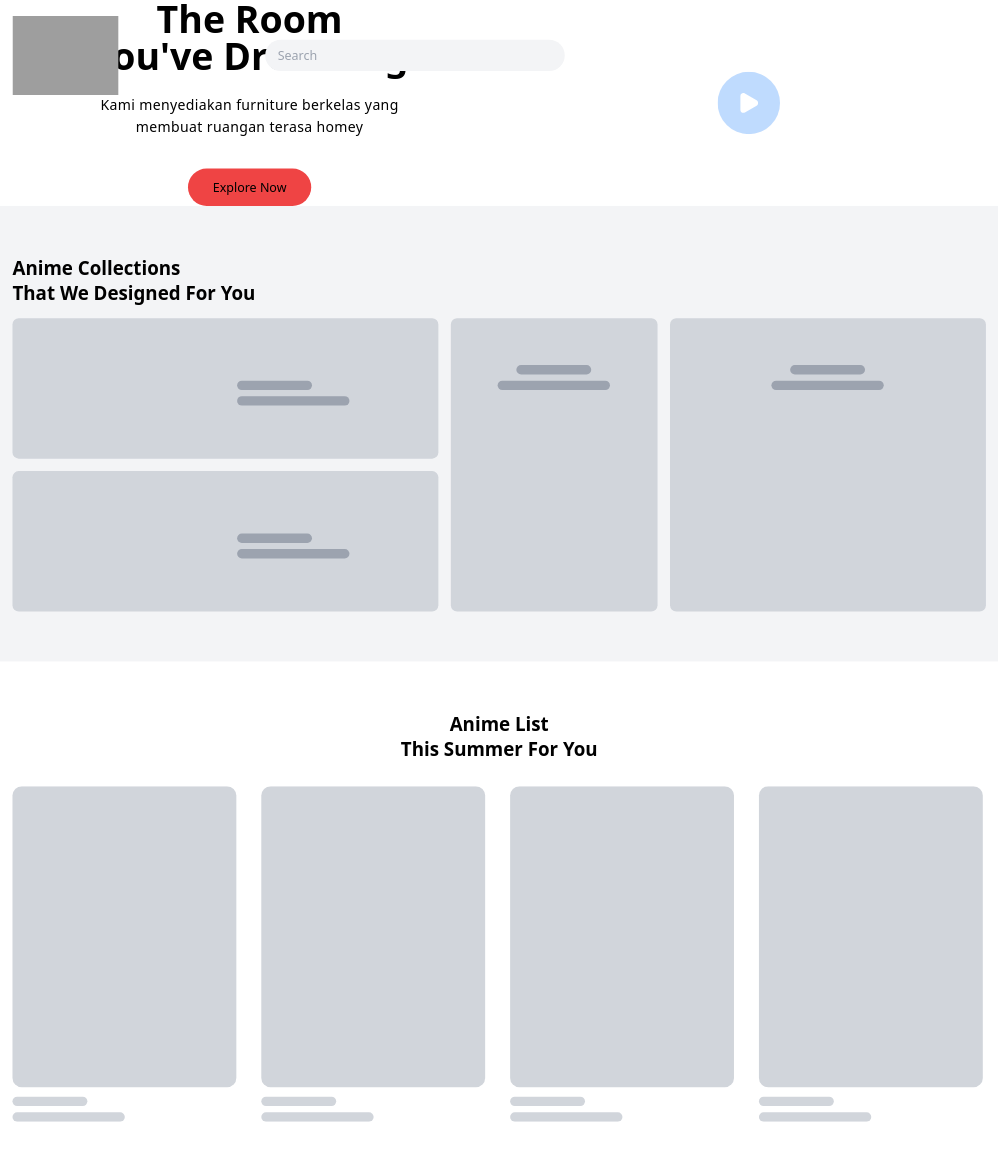
Repository: farrelmuhammad/anime-collections
Page: /
An editor plug-in stored every save of this project. The page is shown before and after the next save, followed by the edit.
The browser window is 1280 px wide. The pictures show the whole page, at 78% of full size.
Pictures or frames that could not be fetched are drawn as grey boxes. The page's requests for data from a server got no answer. The project was rebuilt for these pictures with package versions that can differ from the ones it lists, and the page was loaded fresh each time. No one was signed in, and anything a server would have sent is missing. Also part of the build but not shown: src/App.css.

Above is the page before, as saved 2023-08-04 00:28:23.

After the next save:
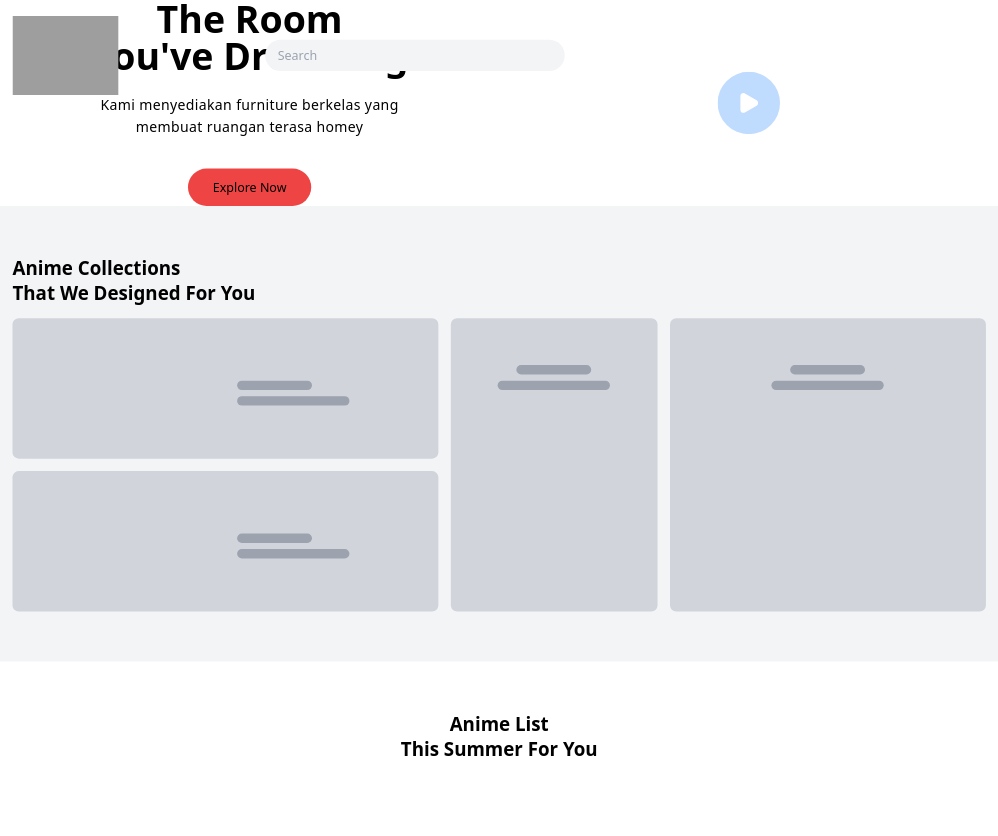
Saved 63 s later.
--- a/src/parts/Home/AnimeList.tsx
+++ b/src/parts/Home/AnimeList.tsx
@@ -57,18 +57,22 @@
                 </div>
             </div>
             <div className="overflow-x-hidden px-4" id="carousel">
-                <div className="container mx-auto" ref={refContainer}></div>
-                {/* <!-- <div className="overflow-hidden z-10"> --> */}
-
                 <div
-                    className="flex -mx-4 flex-row relative"
-                    style={{
-                        paddingLeft:
-                            refContainer.current?.getBoundingClientRect()?.left - 16 || 0,
-                    }}
-                >
-                    <Loading />
-                </div>
+                    className="overflow-x-hidden px-4"
+                    id="carousel"
+                    ref={refContainer}
+                ></div>
+                {refContainer.current && (
+                    <div
+                        className="flex -mx-4 flex-row relative"
+                        style={{
+                            paddingLeft:
+                                refContainer.current.getBoundingClientRect().left - 16 || 0,
+                        }}
+                    >
+                        <Loading />
+                    </div>
+                )}
                 {/* {isLoading ? (
                     <div
                         className="flex -mx-4 flex-row relative"
